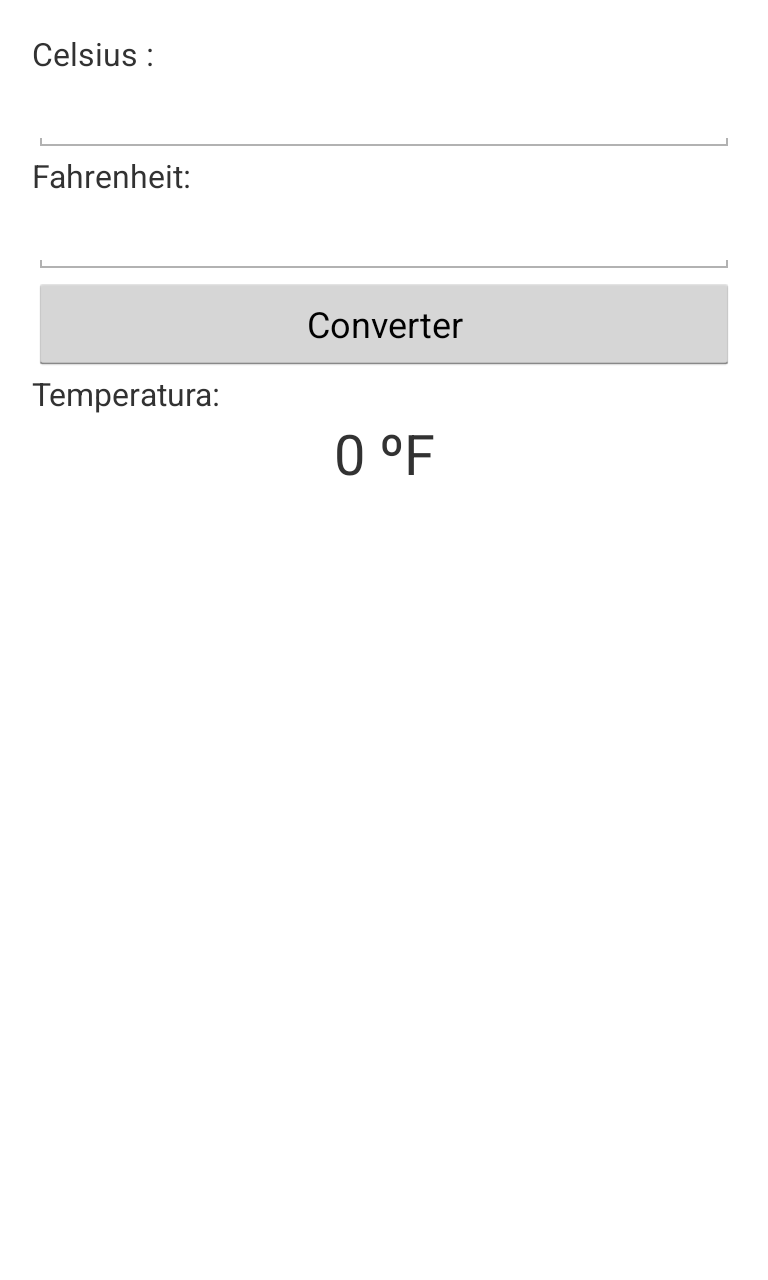
Repository: erickluz/Android
Layout: CelsiusToFahrenheit/res/layout/activity_main.xml
These files come from the project's save history. The layout is drawn as it stood at one moment and after the next save; the edit follows.
It is drawn on a 768 x 1280 px phone screen (xhdpi) without system bars, with theme AppTheme; the app's code is not run.

Above is the layout before, as saved 2016-03-15 00:28:44.

### CelsiusToFahrenheit/res/layout/activity_main.xml
<LinearLayout xmlns:android="http://schemas.android.com/apk/res/android"
    xmlns:tools="http://schemas.android.com/tools"
    android:layout_width="match_parent"
    android:layout_height="match_parent"
    android:paddingBottom="@dimen/activity_vertical_margin"
    android:paddingLeft="@dimen/activity_horizontal_margin"
    android:paddingRight="@dimen/activity_horizontal_margin"
    android:paddingTop="@dimen/activity_vertical_margin"
    android:orientation="vertical"
    tools:context="com.erick.celsiustofahrenheit.MainActivity" >

    <TextView
        android:layout_width="wrap_content"
        android:layout_height="wrap_content"
        android:textSize="16sp"
        android:text="@string/celsius" />

  <EditText
      	android:id="@+id/txtCelcius"
      	android:labelFor="@+id/txtCelcius"
      	android:layout_width="fill_parent"
      	android:layout_height="wrap_content"
      	android:inputType="number"/>

    <TextView
        android:layout_width="wrap_content"
        android:layout_height="wrap_content"
        android:textSize="16sp"
        android:text="@string/fahrenheit" />

  <EditText
      	android:id="@+id/txtFahrenheit"
      	android:labelFor="@+id/txtFahrenheit"
      	android:layout_width="fill_parent"
      	android:layout_height="wrap_content"
      	android:inputType="number"/>

  <Button
      	android:id="@+id/btnOk"
      	android:labelFor="@+id/btnOk"
      	android:text="@string/conversao"
      	android:layout_width="fill_parent"
      	android:layout_height="wrap_content"
      	android:onClick="btnConverterClick"/>

   <TextView
        android:layout_width="wrap_content"
        android:layout_height="wrap_content"
        android:textSize="16sp"
        android:text="@string/temperatura" />

    <TextView
        android:id="@+id/lblFahrenheit"
        android:layout_width="fill_parent"
        android:layout_height="wrap_content"
        android:gravity="center"
        android:textSize="28sp"
        android:text="@string/far" />



</LinearLayout>

### CelsiusToFahrenheit/res/values/strings.xml
<?xml version="1.0" encoding="utf-8"?>
<resources>

    <string name="app_name">Conversao de Temperatura</string>
    <string name="hello_world">Hello world!</string>
    <string name="action_settings">Settings</string>
    <string name="celsius">Celsius :</string>
    <string name="fahrenheit">Fahrenheit:</string>
    <string name="conversao">Converter</string>
    <string name="temperatura">Temperatura:</string>
    <string name="far">0 ºF</string>

</resources>

Loaded but not shown: CelsiusToFahrenheit/res/values/styles.xml (common file); CelsiusToFahrenheit/res/values-v11/styles.xml (common file); CelsiusToFahrenheit/res/values-v14/styles.xml (common file); CelsiusToFahrenheit/res/values/dimens.xml (common file); CelsiusToFahrenheit/res/values-w820dp/dimens.xml (common file)

After the next save:
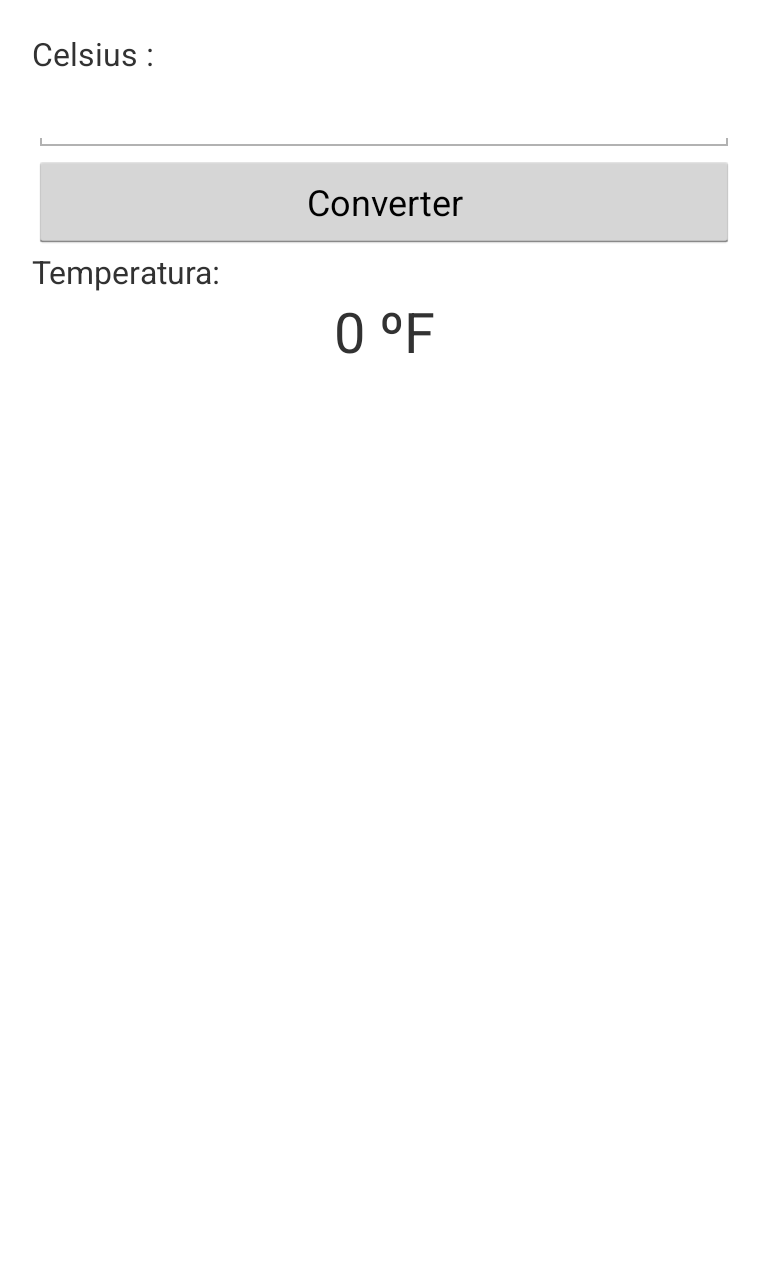
Saved 38 s later.
--- a/CelsiusToFahrenheit/res/layout/activity_main.xml
+++ b/CelsiusToFahrenheit/res/layout/activity_main.xml
@@ -22,18 +22,6 @@
       	android:layout_height="wrap_content"
       	android:inputType="number"/>
 
-    <TextView
-        android:layout_width="wrap_content"
-        android:layout_height="wrap_content"
-        android:textSize="16sp"
-        android:text="@string/fahrenheit" />
-
-  <EditText
-      	android:id="@+id/txtFahrenheit"
-      	android:labelFor="@+id/txtFahrenheit"
-      	android:layout_width="fill_parent"
-      	android:layout_height="wrap_content"
-      	android:inputType="number"/>
 
   <Button
       	android:id="@+id/btnOk"
